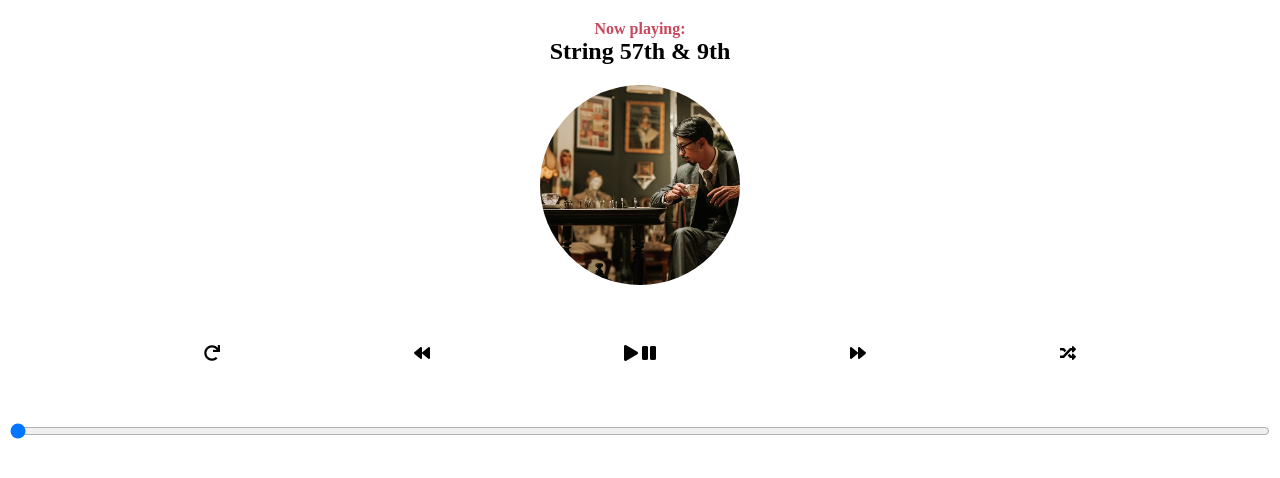
Repository: dovanthao2404/AppMusicPlayer
Page: index.html
The author's editor kept a copy of each file at every save. The page is drawn from the files as they stood at one save, then again after the next save.
The browser window is 1280 px wide. The pictures show the whole page.

Above is the page before, as saved 2021-06-28 02:09:32.

### index.html
<!DOCTYPE html>
<html lang="en">

<head>
  <meta charset="UTF-8">
  <meta http-equiv="X-UA-Compatible" content="IE=edge">
  <meta name="viewport" content="width=device-width, initial-scale=1.0">
  <title>Music</title>
  <!-- FONTAWESOME -->
  <link rel="stylesheet" href="https://cdnjs.cloudflare.com/ajax/libs/font-awesome/5.15.3/css/all.min.css"
    integrity="sha512-iBBXm8fW90+nuLcSKlbmrPcLa0OT92xO1BIsZ+ywDWZCvqsWgccV3gFoRBv0z+8dLJgyAHIhR35VZc2oM/gI1w=="
    crossorigin="anonymous" referrerpolicy="no-referrer" />
  <!-- MAIN CSS -->
  <link rel="stylesheet" href="./css/app.css">
</head>

<body>
  <div class="player">
    <div class="dashboards">
      <!-- HEADER -->
      <header>
        <h4>Now playing:</h4>
        <h2>String 57th & 9th</h2>
      </header>

      <!-- CD -->
      <div id="cd" class="cd">
        <div class="thumb">
          <img src="./img/loinho.jpg" alt="">
        </div>
      </div>

      <!-- CONTROL -->
      <div class="controls" class="controls">
        <div class="btn btn-repeat">
          <i class="fa fa-redo"></i>
        </div>
        <div class="btn btn-prev">
          <i class="fa fa-backward"></i>
        </div>
        <div class="btn btn-toggle-play">
          <i class="fa fa-play"></i>
          <i class="fa fa-pause"></i>
        </div>
        <div class="btn btn-next">
          <i class="fa fa-forward"></i>
        </div>
        <div class="btn btn-random">
          <i class="fa fa-random"></i>
        </div>
      </div>

      <!-- PROGRESS -->
      <input id="progress" class="progress" value="0" step="1" min="0" max="100" type="range">

      <!-- AUDIO -->
      <audio id="audio" src=""></audio>

      <!-- PLAY LIST -->
      <div class="playlist">

      </div>
    </div>
  </div>
  <script src="./js/app.js"></script>
</body>

</html>

### css/app.css
/* GLOBAL */
* {
  padding: 0;
  margin: 0;
  box-sizing: border-box;
}
/* PLAYER */
.dashboards {
  margin: 0 10px;
}
header {
  text-align: center;
  margin: 20px 0;
}
header h4 {
  color: rgb(202, 71, 93);
}
.thumb {
  width: 200px;
  height: 200px;
  margin: auto;
}
.thumb img {
  border-radius: 50%;
  width: 100%;
  height: 100%;
  object-fit: cover;
}
.controls {
  display: flex;
  justify-content: space-evenly;
  margin: 60px 0;
}
.progress {
  width: 100%;
}

Loaded but not shown: js/app.js (no stored copy; drawn as an empty file)

After the next save:
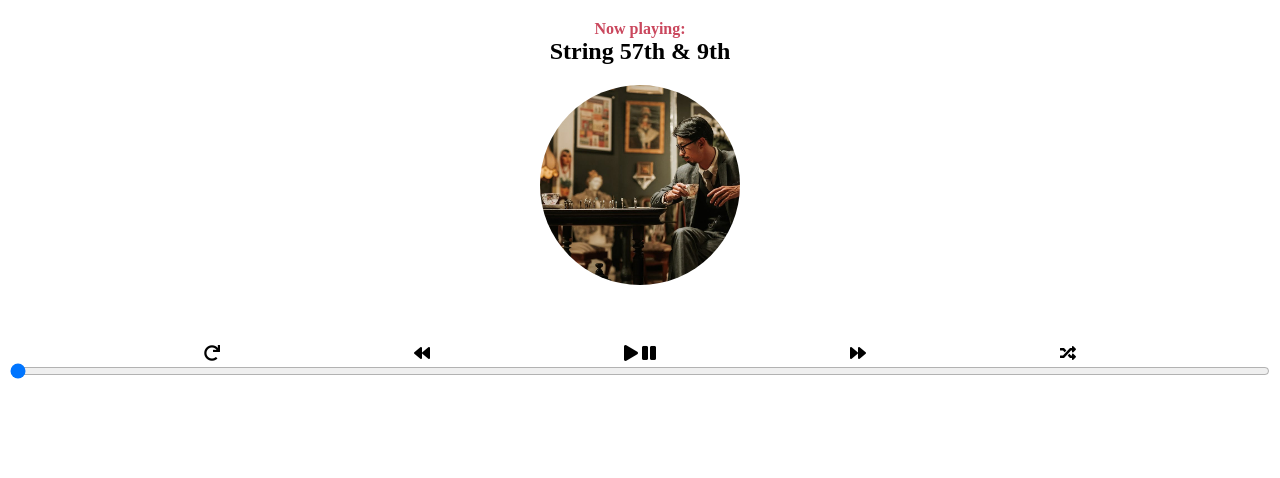
Saved 13 s later.
--- a/css/app.css
+++ b/css/app.css
@@ -29,7 +29,7 @@ header h4 {
 .controls {
   display: flex;
   justify-content: space-evenly;
-  margin: 60px 0;
+  margin-top: 60px;
 }
 .progress {
   width: 100%;
